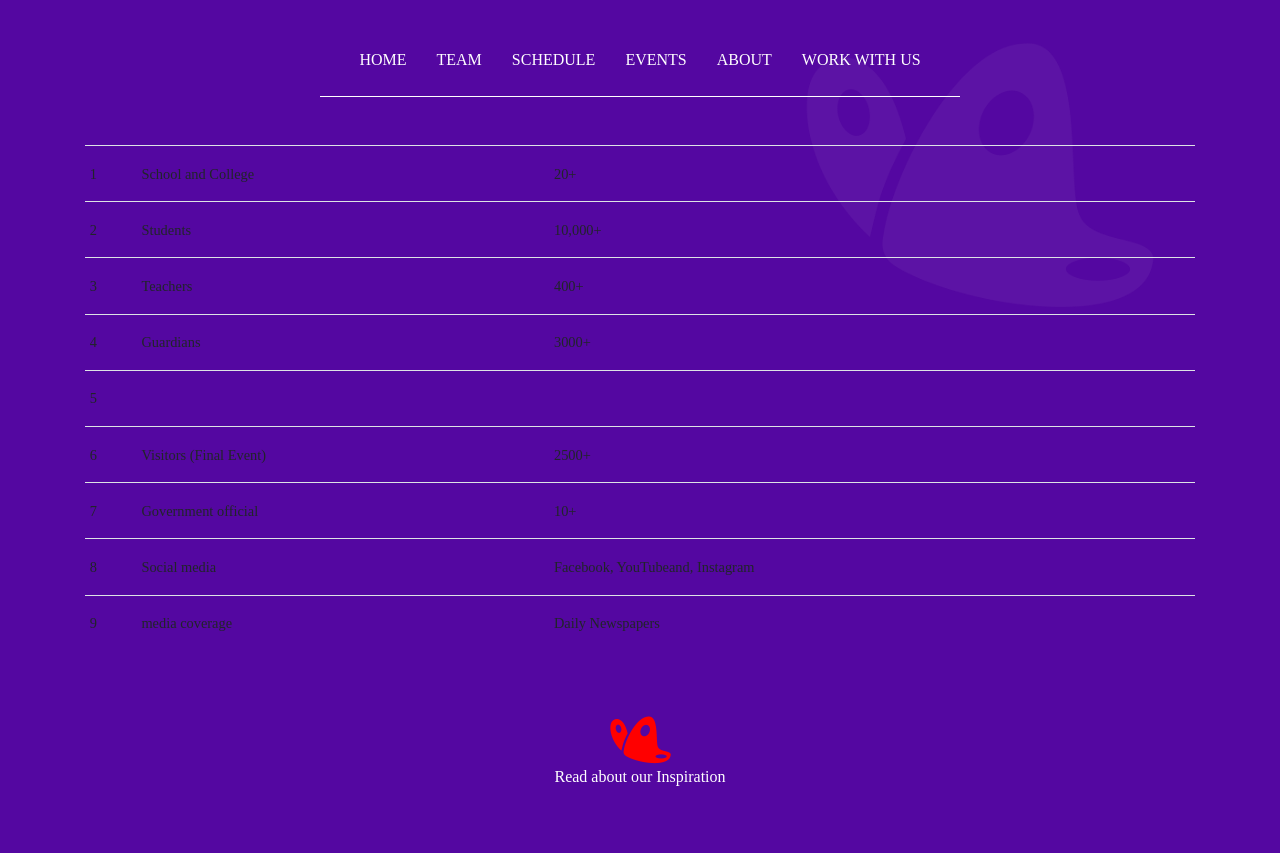
Repository: im1971/company-web
Page: workWithUs.html
An editor plug-in stored every save of this project. The page is shown before and after the next save, followed by the edit.
The browser window is 1280 px wide. The pictures show the whole page.
Some web fonts or font styles are not loaded; a fallback is used.

Above is the page before, as saved 2020-01-26 11:05:54.

### workWithUs.html
<!DOCTYPE html>
<html>

<head>
    <title>hayday</title>
    <link rel="shortcut icon" type="img/x-icon" href="img/fav.png" />
    <link rel="stylesheet" href="css/mdb.min.css">
    <link rel="stylesheet" href="css/bootstrap.min.css">
    <link rel="stylesheet" href="css/fontawesome.min.css">
    <link rel="stylesheet" href="css/all.min.css">
    <link rel="stylesheet" href="css/style.css">
    <!-- fonts -->
    <link href="https://fonts.googleapis.com/css?family=Baloo+Bhai&display=swap" rel="stylesheet">
    <!-- fonts -->

</head>

<body>

    <div class="wrap_hayday">
        <div class="back_img"></div>
        <div class="container-fluid">
            <div class="row justify-content-center pb-5">
                <div class="col-md-12">
                    <nav class="navbar navbar-expand-lg">
                        <button class="navbar-toggler" type="button" data-toggle="collapse" data-target="#navbarSupportedContent" aria-controls="navbarSupportedContent" aria-expanded="false" aria-label="Toggle navigation">
                          <span class="navbar-toggler-icon"></span>
                        </button>

                        <div class="collapse navbar-collapse" id="navbarSupportedContent">

                            <ul class="navbar-nav m-auto text-uppercase">
                                <li class="nav-item active">
                                    <a class="nav-link" href="index.html">Home</a>
                                </li>
                                <li class="nav-item">
                                    <a class="nav-link" href="#">Team</a>
                                </li>
                                <li class="nav-item">
                                    <a class="nav-link" href="#">SCHEDULE</a>
                                </li>
                                <li class="nav-item">
                                    <a class="nav-link" href="#">Events</a>
                                </li>
                                <li class="nav-item">
                                    <a class="nav-link" href="#">About</a>
                                </li>
                                <li class="nav-item">
                                    <a class="nav-link" href="workWithUs.html">Work With us</a>
                                </li>
                            </ul>
                        </div>
                    </nav>
                </div>
                <div class="col-md-6 border_deco pt-3"></div>
            </div>
            <div class="container">
                <div class="row justify-content-center">
                    <div class="col-md-12">
                        <div class="table-responsive table-sm">
                            <table class="table">
                                <tbody>
                                    <tr>
                                        <td>1</td>
                                        <td>School and College</td>
                                        <td>20+</td>
                                    </tr>
                                    <tr>
                                        <td>2</td>
                                        <td>Students</td>
                                        <td>10,000+</td>
                                    </tr>
                                    <tr>
                                        <td>3</td>
                                        <td>Teachers</td>
                                        <td>400+</td>
                                    </tr>
                                    <tr>
                                        <td>4</td>
                                        <td>Guardians</td>
                                        <td>3000+</td>
                                    </tr>
                                    <tr>
                                        <td>5</td>
                                        <td></td>
                                        <td></td>
                                    </tr>
                                    <tr>
                                        <td>6</td>
                                        <td>Visitors (Final Event)</td>
                                        <td>2500+</td>
                                    </tr>
                                    <tr>
                                        <td>7</td>
                                        <td>Government official</td>
                                        <td>10+</td>
                                    </tr>
                                    <tr>
                                        <td>8</td>
                                        <td>Social media</td>
                                        <td>Facebook, YouTubeand, Instagram</td>
                                    </tr>
                                    <tr>
                                        <td>9</td>
                                        <td>media coverage</td>
                                        <td>Daily Newspapers</td>
                                    </tr>
                                </tbody>
                            </table>
                        </div>
                    </div>
                </div>
            </div>
            <div class="row justify-content-center my-5">
                <div class="col-md-4 m-autp">
                    <div class="middle_body">
                        <div class="logo">
                            <img src="img/only logo.png" alt="" style="height: 50px">
                        </div>
                        <p>Read about our Inspiration</p>
                    </div>
                </div>
            </div>
        </div>
    </div>
    </div>



    <!-- <script src="https://code.jquery.com/jquery-3.4.1.slim.min.js" integrity="sha384-J6qa4849blE2+poT4WnyKhv5vZF5SrPo0iEjwBvKU7imGFAV0wwj1yYfoRSJoZ+n" crossorigin="anonymous"></script>
    <script src="https://cdn.jsdelivr.net/npm/popper.js@1.16.0/dist/umd/popper.min.js" integrity="sha384-Q6E9RHvbIyZFJoft+2mJbHaEWldlvI9IOYy5n3zV9zzTtmI3UksdQRVvoxMfooAo" crossorigin="anonymous"></script>
    <script src="https://stackpath.bootstrapcdn.com/bootstrap/4.4.1/js/bootstrap.min.js" integrity="sha384-wfSDF2E50Y2D1uUdj0O3uMBJnjuUD4Ih7YwaYd1iqfktj0Uod8GCExl3Og8ifwB6" crossorigin="anonymous"></script> -->

    <script type="text/javascript" src="js/jquery.min.js"></script>
    <!-- Bootstrap tooltips -->
    <script type="text/javascript" src="js/popper.min.js"></script>
    <!-- Bootstrap core JavaScript -->
    <script type="text/javascript" src="js/bootstrap.min.js"></script>
    <!-- MDB core JavaScript -->
    <script type="text/javascript" src="js/mdb.min.js"></script>


</body>

</html>

### css/style.css
body {
    padding: 0;
    margin: 0;
    background: #5407A1 !important;
    color: #fff !important;
    font-family: 'Baloo Bhai', cursive;
    position: relative;
}


/* global */

html {
    overflow: scroll;
    overflow-x: hidden;
}

::-webkit-scrollbar {
    width: 0px;
    /* Remove scrollbar space */
    background: transparent;
    /* Optional: just make scrollbar invisible */
}


/* Optional: show position indicator in red */

::-webkit-scrollbar-thumb {
    background: #FF0000;
}


/* global */

.back_img {
    background-image: url(../img/back.png);
    height: 350px;
    width: 600px;
    position: absolute;
    background-position: center center;
    background-size: cover;
    opacity: 5%;
    /* top: 30%; */
    right: 0;
}


/* header */

.wrap_hayday .navbar {
    box-shadow: none;
}

.wrap_hayday .container-fluid {
    min-height: 100vh;
}

.wrap_hayday nav .nav-link {
    padding-right: 15px !important;
    padding-left: 15px !important;
    color: #fff;
    font-family: 'Baloo Bhai', cursive;
}

.wrap_hayday .border_deco {
    border-bottom: .25px solid #fff;
}

.wrap_hayday nav .nav-link:hover {
    color: #FF0000;
    transition-duration: 0.5s;
}

.wrap_hayday .navbar {
    padding: 40px;
    padding-bottom: 0;
}


/* header */


/* middle body */

.wrap_hayday .middle_body {
    text-align: center;
}

.wrap_hayday .middle_body .logo img {
    /* background-image: url(logo.png); */
    height: 100px;
}

.wrap_hayday .others_page_middle {
    text-align: center;
    position: absolute;
    right: 30px;
    bottom: 0;
}

.wrap_hayday .others_page_middle img {
    height: 50px;
}


/* middle body */


/* footer-body */

.myprogress {
    min-width: 100%;
    margin: 0px auto;
    text-align: center;
}

.myprogress .circle {
    display: inline-block;
    background: #fff;
    width: 50px;
    height: 50px;
    border-radius: 80px;
    border: 1px solid #d5d5da;
    cursor: pointer;
}

.myprogress .circle:hover {
    background: #FF0000;
    color: #5407A1;
    transition-duration: 0.5s;
}

.myprogress .bar {
    position: relative;
    width: 100px;
    padding-right: 15px;
    font-family: none;
    /* height: 2px; */
    /* top: 10px; */
    /* border: 0px solid #fff; */
}

.myprogress .circle .label {
    display: inline-block;
    width: 40px;
    height: 40px;
    line-height: 30px;
    border-radius: 40px;
    font-size: 24px;
}

.myprogress .circle .title {
    color: #5407A1;
    font-size: 24px;
    line-height: 50px;
    cursor: pointer;
}

.myprogress .circle .title:hover {
    color: #fff;
}

.myprogress i {
    font-size: 11px;
}

.myprogress .abc {
    animation: pulse 1s infinite;
    color: #FF0000;
}

.myprogress .pulse {
    -webkit-animation-duration: 3s;
    -webkit-animation-delay: 2s;
    -webkit-animation-iteration-count: 5;
}


/* footer-body */


/* about hayday */

.accordion .card-header {
    padding: 0;
    background: #5407A1;
    margin-bottom: 0;
}

.accordion .card-header .btn-link {
    color: #fff;
    padding: 0;
}

.accordion .card {
    border: none;
    border-radius: 0;
}

.accordion i {
    position: absolute;
    right: 10px;
    top: 5px;
}

.accordion p {
    color: #000;
    font-family: serif;
    font-size: 15px;
}

.accordion h4 {
    color: #000;
    font-family: serif;
    font-weight: 700 !important;
    font-size: 22px;
}


/* about hayday */

Loaded but not shown: css/mdb.min.css (library); css/bootstrap.min.css (library); css/fontawesome.min.css (library); css/all.min.css (library); js/jquery.min.js (library); js/popper.min.js (library); js/bootstrap.min.js (library); js/mdb.min.js (library)

After the next save:
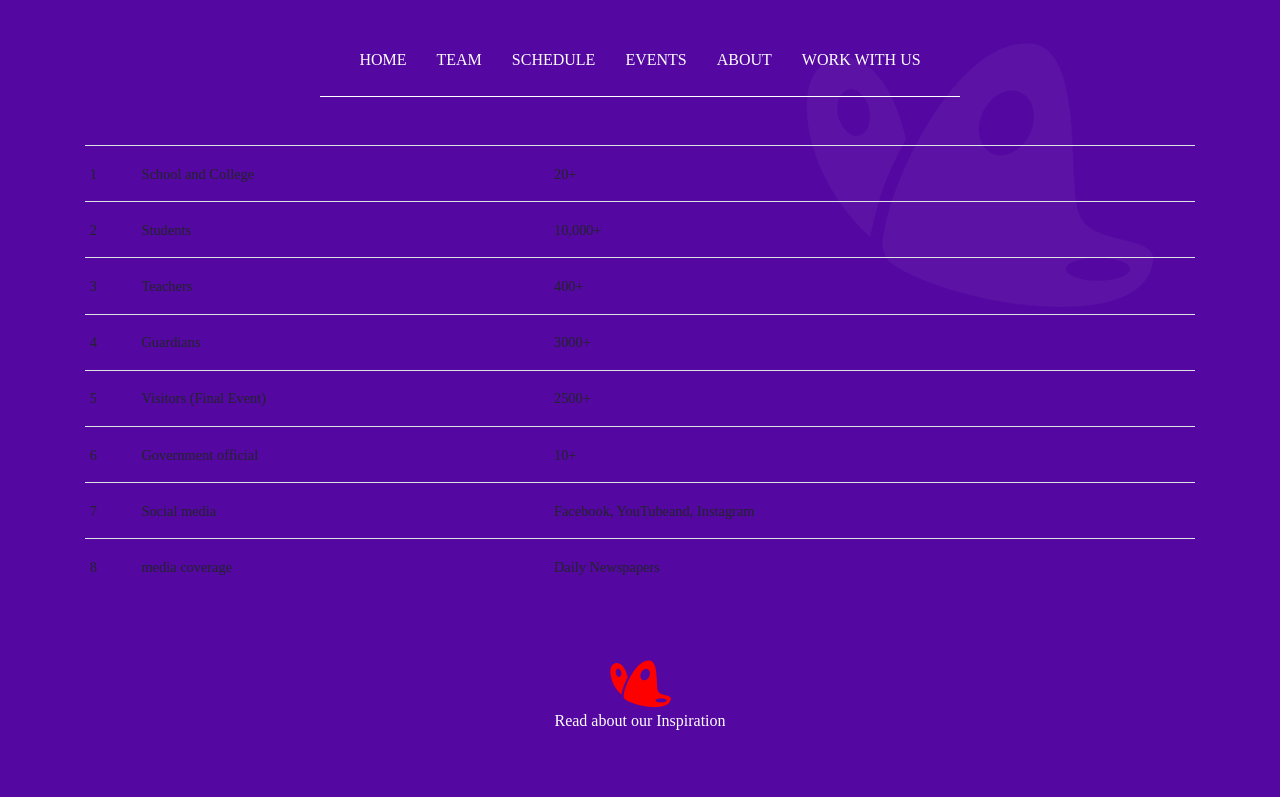
Saved 86 s later.
--- a/workWithUs.html
+++ b/workWithUs.html
@@ -82,26 +82,21 @@
                                     </tr>
                                     <tr>
                                         <td>5</td>
-                                        <td></td>
-                                        <td></td>
-                                    </tr>
-                                    <tr>
-                                        <td>6</td>
                                         <td>Visitors (Final Event)</td>
                                         <td>2500+</td>
                                     </tr>
                                     <tr>
-                                        <td>7</td>
+                                        <td>6</td>
                                         <td>Government official</td>
                                         <td>10+</td>
                                     </tr>
                                     <tr>
-                                        <td>8</td>
+                                        <td>7</td>
                                         <td>Social media</td>
                                         <td>Facebook, YouTubeand, Instagram</td>
                                     </tr>
                                     <tr>
-                                        <td>9</td>
+                                        <td>8</td>
                                         <td>media coverage</td>
                                         <td>Daily Newspapers</td>
                                     </tr>
